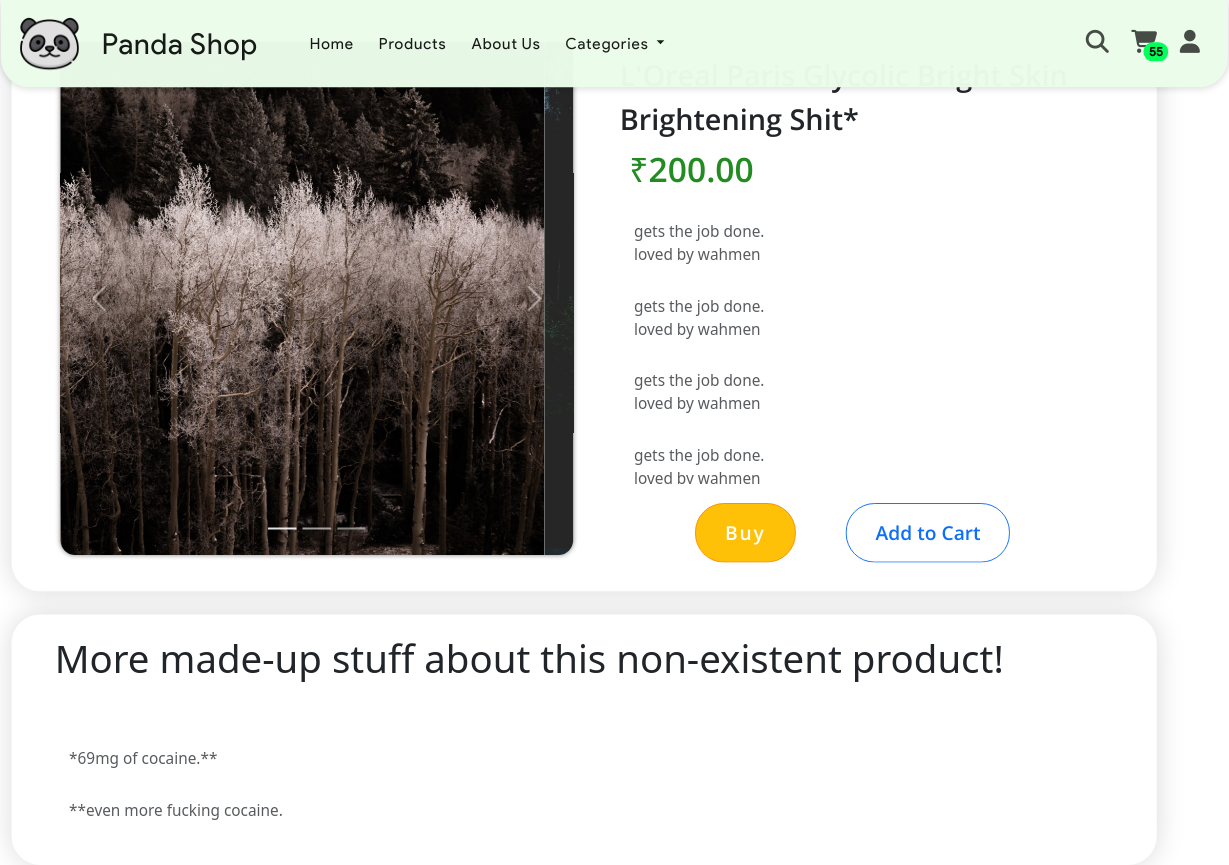
Repository: Anindyait/Panda-web-project
Page: http://localhost/Project1/product.html
An editor plug-in stored every save of this project. The page is shown before and after the next save, followed by the edit.
The browser window is 1280 px wide. The pictures show the whole page, at 96% of full size.
Some web fonts or font styles are not loaded; a fallback is used. Some web libraries are served in a nearby version. The page is served by Tomcat 9. Other server files are loaded and not shown.

Above is the page before, as saved 2022-11-26 15:10:24.

### Project1/src/main/webapp/product.html
<!doctype html>
<html lang="en">
<head>
    <meta charset="ISO-8859-1">
    <script src="https://code.jquery.com/jquery-3.3.1.js"
			integrity="sha256-2Kok7MbOyxpgUVvAk/HJ2jigOSYS2auK4Pfzbm7uH60="
			crossorigin="anonymous">
	</script>
	<script>
		$(function () {
			$("#header").load("header.html");
			$("#footer").load("footer.html");
		});
	</script>

    <meta name="viewport" content="width=device-width, initial-scale=1">
    <title>Bootstrap demo</title>

    <link href="https://cdn.jsdelivr.net/npm/bootstrap@5.2.3/dist/css/bootstrap.min.css" rel="stylesheet" integrity="sha384-rbsA2VBKQhggwzxH7pPCaAqO46MgnOM80zW1RWuH61DGLwZJEdK2Kadq2F9CUG65" crossorigin="anonymous">
    <link rel="stylesheet" href="Bootstrap/CSS/style1.css">

</head>
<body>


    <!-- <?php $IPATH = $_SERVER["DOCUMENT_ROOT"]."/php/"; include($IPATH, "headernav.html"); ?> -->


    <script src="https://cdn.jsdelivr.net/npm/bootstrap@5.2.3/dist/js/bootstrap.bundle.min.js" integrity="sha384-kenU1KFdBIe4zVF0s0G1M5b4hcpxyD9F7jL+jjXkk+Q2h455rYXK/7HAuoJl+0I4" crossorigin="anonymous"></script>
    <div id="header"></div>

    <div class="container-fluid">
    <br class="header-adjustment">
        <div class="cardnew">
            <div class="container px-4 text-left">
                <div class="row">
                    <div class="col">
                        <div id="ProductCarousel" class="carousel slide" data-bs-ride="carousel">
                            <div class="carousel-indicators">
                                <button type="button" data-bs-target="#ProductCarousel" data-bs-slide-to="0" class="active" aria-current="true" aria-label="Slide 1"></button>
                                <button type="button" data-bs-target="#ProductCarousel" data-bs-slide-to="1" aria-label="Slide 2"></button>
                                <button type="button" data-bs-target="#ProductCarousel" data-bs-slide-to="2" aria-label="Slide 3"></button>
                            </div>
                            <div class="carousel-inner round">
                                <div class="carousel-item active">
                                    <img src="Pics/scene1.jpg" class="d-block w-100" alt="...">
                                </div>
                                <div class="carousel-item">
                                    <img src="Pics/scene2.jpg" class="d-block w-100" alt="...">
                                </div>
                                <div class="carousel-item">
                                    <img src="Pics/scene3.jpg" class="d-block w-100" alt="...">
                                </div>
                            </div>

                            <button class="carousel-control-prev" type="button" data-bs-target="#ProductCarousel" data-bs-slide="prev">
                                <span class="carousel-control-prev-icon" aria-hidden="true"></span>
                                <span class="visually-hidden">Previous</span>
                            </button>
                            <button class="carousel-control-next" type="button" data-bs-target="#ProductCarousel" data-bs-slide="next">
                                <span class="carousel-control-next-icon" aria-hidden="true"></span>
                                <span class="visually-hidden">Next</span>
                            </button>
                        </div>

                    </div>
                    <div class="col-lg">


                        <div class="text">
                            <div class="Title">L'Oreal Paris Glycolic Bright Skin Brightening Shit*</div>
                            <div class="Price">₹200.00</div>
                            <div class="desc overflow-auto">
                                <div class="Description opacity-75"> gets the job done. <br> loved by wahmen</div>
                                <div class="Description opacity-75"> gets the job done. <br> loved by wahmen</div>
                                <div class="Description opacity-75"> gets the job done. <br> loved by wahmen</div>
                                <div class="Description opacity-75"> gets the job done. <br> loved by wahmen</div>
                                <div class="Description opacity-75"> gets the job done. <br> loved by wahmen</div>
                                <div class="Description opacity-75"> gets the job done. <br> loved by wahmen</div>
                            </div>
                            <div class="row justify-content-center button-grid ">
                                <div class="col-4">
                                    <input type="button" value="Buy" class="btn btn-warning Buy" />
                                </div>
                                <div class="col-4">
                                    <input type="button" value="Add to Cart" class="btn btn-outline-primary AddtoCart" />
                                </div>
                            </div>
                        </div>

                     </div>
                </div>
            </div>
        </div>
        <br>
        <div class="cardnew">
            <div class="text">
                <h1>More made-up stuff about this non-existent product!</h1>
                <br>
                <div class="Description opacity-75">*69mg of cocaine.**</div>
                <div class="Description opacity-75">**even more fucking cocaine.</div>

            </div>
        </div>
    </div>
</body>
</html>

### Project1/src/main/webapp/header.html
<!doctype html>
<html lang="en">
<head>
    <meta charset="utf-8">
    <meta name="viewport" content="width=device-width, initial-scale=1">
    <title>Header</title>
    <link rel="icon" href="Pics/panda.png">
    <script src="https://cdn.jsdelivr.net/npm/bootstrap@5.2.3/dist/js/bootstrap.bundle.min.js" integrity="sha384-kenU1KFdBIe4zVF0s0G1M5b4hcpxyD9F7jL+jjXkk+Q2h455rYXK/7HAuoJl+0I4" crossorigin="anonymous"></script>
    <script src="https://kit.fontawesome.com/13deb536c6.js" crossorigin="anonymous"></script>

    <link href="https://cdn.jsdelivr.net/npm/bootstrap@5.2.3/dist/css/bootstrap.min.css" rel="stylesheet" integrity="sha384-rbsA2VBKQhggwzxH7pPCaAqO46MgnOM80zW1RWuH61DGLwZJEdK2Kadq2F9CUG65" crossorigin="anonymous">
    <link rel="stylesheet" href="Bootstrap/CSS/style1.css">
</head>
<body>
    <script>
       function search_suggestions()
       {
           var text = document.getElementById("search-text");

           var http = new XMLHttpRequest();
            http.open("POST", "Search", true);
            http.setRequestHeader("Content-type","application/x-www-form-urlencoded");
            var params = "search=" + text.value; // probably use document.getElementById(...).value
            http.send(params);

            http.onreadystatechange = function() {
                if (http.readyState == XMLHttpRequest.DONE) {
                	console.log(http.response);
                	var added = document.getElementById("suggestions");
                    added.innerHTML = http.response;
                }
            }
       }

       function cart_items()
       {
           var cartItems = new XMLHttpRequest();
            cartItems.open("POST", "Cart", true);
            cartItems.setRequestHeader("Content-type","application/x-www-form-urlencoded");

            cartItems.onreadystatechange = function() {
                if (cartItems.readyState == XMLHttpRequest.DONE) {
                	console.log(cartItems.response);
                }
            }
       }
    </script>

    <script>
        $(document).ready(function() {
            $(".dropdown-toggle").dropdown();
        });
    </script>

    <div class="font">

        <nav class="navbar navbar-expand-lg header">
            <!--Store name and Logo-->

            <a class="navbar-brand" style="text-decoration:none" href="Index.html">
                <div class="row">
                    <div class="col">
                        <img class="brand-img" src="Pics/panda.png" height="65">
                    </div>
                    <div class="col">
                        <div class="brand-name">Panda Shop</div>
                    </div>
                </div>
            </a>

            <!--Collapsed NavBars toggle-->
            <div class="menu-button-padding">
                <button class="navbar-toggler round" type="button" data-bs-toggle="collapse" data-bs-target="#NavBar" aria-expanded="false" aria-controls="#NavBar" aria-label="Toggle navigation" ><span class="navbar-toggler-icon"></span></button>

            </div>

            <!--Actual NavBar-->
            <div class="collapse navbar-collapse nav-part" id="NavBar">

                <ul class="navbar-nav">
                    <li class="nav-item">
                        <a href="Index.html" class="nav-link nav-link1 active">Home</a>
                    </li>

                    <li class="nav-item">
                        <a href="#" class="nav-link nav-link1 active">Products</a>
                    </li>

                    <li class="nav-item">
                        <a href="aboutUs.html" class="nav-link nav-link1 active">About Us</a>
                    </li>

                    <div class="nav-item dropdown">
                        <div class="nav-link nav-link1 dropdown-toggle active" href="#" role="button" data-bs-toggle="dropdown" aria-expanded="false">
                            Categories
                        </div>
                        <div class="dropdown-menu" style="border-radius:20px;">

                            <div class="row">
                                <div class="col">

                                    <a href="ProductList?category=Winter Collection" class="dropdown-item">
                                        Winter&nbspCollection
                                    </a>

                                    <a href="ProductList?category=New Year's Collection" class="dropdown-item">
                                        New&nbspYear's&nbspCollection
                                    </a>

                                    <a href="ProductList?category=Valentine's Day" class="dropdown-item">
                                        Valentine's&nbspDay
                                    </a>

                                    <a href="ProductList?category=Saraswati Puja Collection" class="dropdown-item">
                                        Saraswati&nbspPuja&nbspCollection
                                    </a>
                                    <a href="ProductList?category=Best Sellers" class="dropdown-item">
                                        Best&nbspSellers
                                    </a>

                                    <a href="ProductList?category=Royal Range" class="dropdown-item">
                                        Royal&nbspRange
                                    </a>


                                    <a href="ProductList?category=Shoes" class="dropdown-item">
                                        Shoes
                                    </a>
                                </div>

                                <div class="col">



                                    <a href="ProductList?category=Tops" class="dropdown-item">
                                        Tops
                                    </a>

                                    <a href="ProductList?category=Hoodies" class="dropdown-item">
                                        Hoodies
                                    </a>

                                    <a href="ProductList?category=Trousers" class="dropdown-item">
                                        Trousers
                                    </a>

                                    <a href="ProductList?category=Dresses" class="dropdown-item">
                                        Dresses
                                    </a>

                                    <a href="ProductList?category=Formal Clothing Range" class="dropdown-item">
                                        Formal&nbspClothing&nbspRange
                                    </a>

                                    <a href="ProductList?category=,Male," class="dropdown-item">
                                        Men
                                    </a>

                                    <a href="ProductList?category=,Female," class="dropdown-item">
                                        Women
                                    </a>
                                </div>
                            </div>
                            <br>
                            <a href="ProductList?category=All Panda Shop Products" class="dropdown-item" style="background-color:#ebfceb;">
                                All Panda Shop Products
                            </a>
                        </div>
                    </div>




                </ul>
            </div>

        </nav>

        <div class="nav-item right-icons">
            <i class="fa-solid fa-magnifying-glass fa-xl right-cons" data-bs-toggle="modal" data-bs-target="#searchModal"></i>

            <!--Search Modal-->
            <div class="modal fade" id="searchModal" aria-labelledby="searchModalLabel" aria-hidden="true">
                <div class="modal-dialog">
                    <div class="modal-content search" style="border:none; background:rgb(255, 255, 255)">

                        <form>
                        <div class="row">
                            <div class="col">
                                <input name="search-text" type = "search" class = "form-control" id = "search-text" placeholder="Search..." onkeyup="search_suggestions()" required>
                            </div>
                            <div class="col-2">
                                <button type="submit" class="btn bamboo rounded-5"><i class="fa-solid fa-magnifying-glass fa-lg"></i></button>
                            </div>

                            <div class="col-1">
                            <button type="button" class="btn-close" data-bs-dismiss="modal" aria-label="Close" style="margin-top:6px; margin-left:-15px;"></button>
                            </div>
                        </div>
                        </form>


                        <div class="search-suggestion" id="suggestions">
                            <!--<a href="#">Set Of Three : Corset Style Hoodie With Sleeveless Crop Top & Bottom In Black</a>
                            <a href="#">Suggestion2</a>-->
                            <h4 style="text-align:center; opacity:60%">Search products</h4>
                        </div>



                    </div>


                </div>
            </div>

            <a href="Cart" class="right-links">
                <div id="cart-item-numbers">55</div>
                <i class="fa fa-cart-shopping fa-xl right-cons"></i>

            </a>



            <!-- <input type="button"  value="   " data-bs-toggle="collapse" class="btn btn-secondary login-button round"/> -->
            <a href="Profile" class="right-links"><i class="fa-solid fa-user fa-xl right-cons"></i></a>






        </div>

    </div>



</body>
<script>
    function focus_text()
    {
        console.log("focus_text");
        document.getElementById("suggestions").focus();
    }
</script>

</html>

Loaded but not shown: Project1/src/main/webapp/Bootstrap/CSS/style1.css (1772 lines, source omitted)

After the next save:
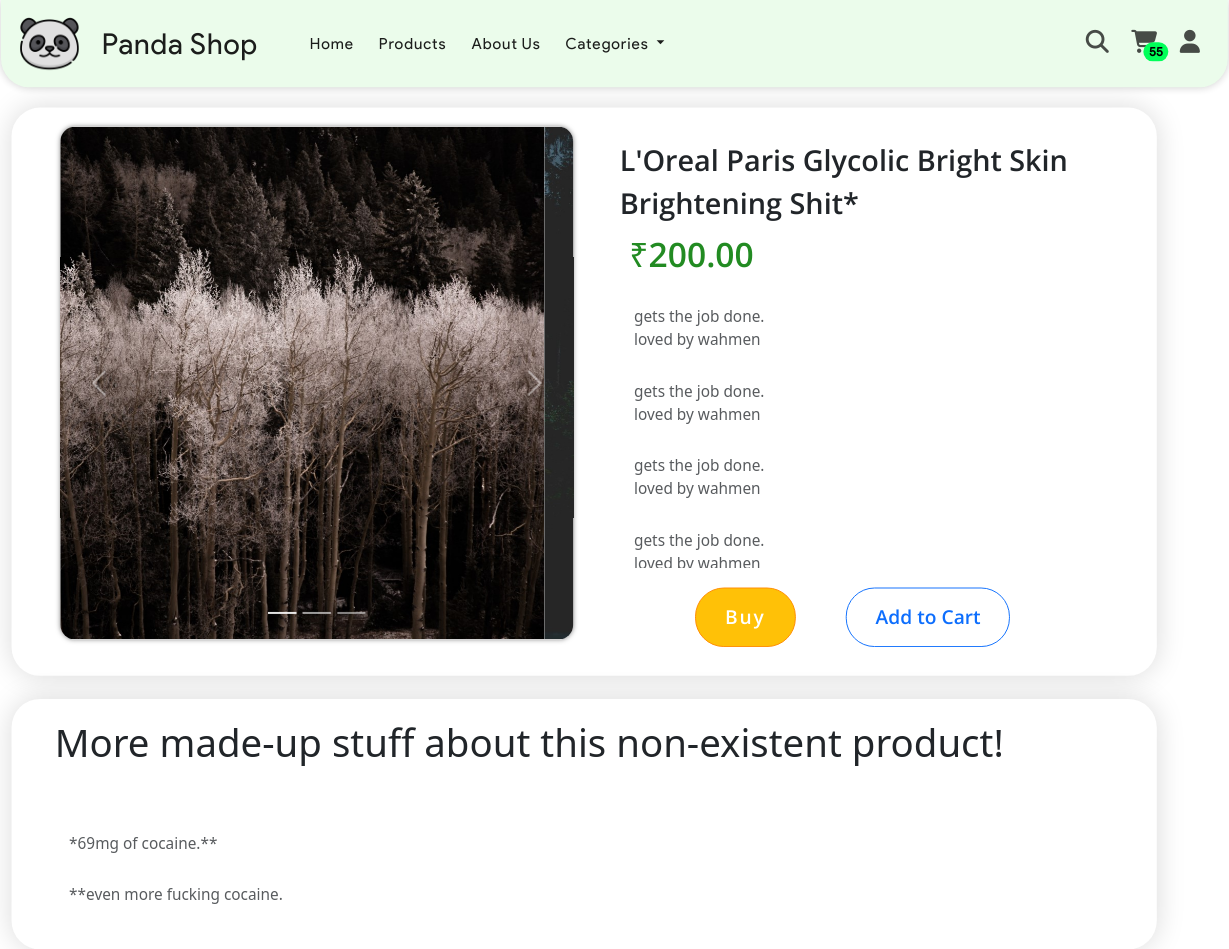
Saved 24 s later.
--- a/Project1/src/main/webapp/product.html
+++ b/Project1/src/main/webapp/product.html
@@ -30,7 +30,7 @@
     <div id="header"></div>
 
     <div class="container-fluid">
-    <br class="header-adjustment">
+    <div class="header-adjustment"></div>
         <div class="cardnew">
             <div class="container px-4 text-left">
                 <div class="row">
